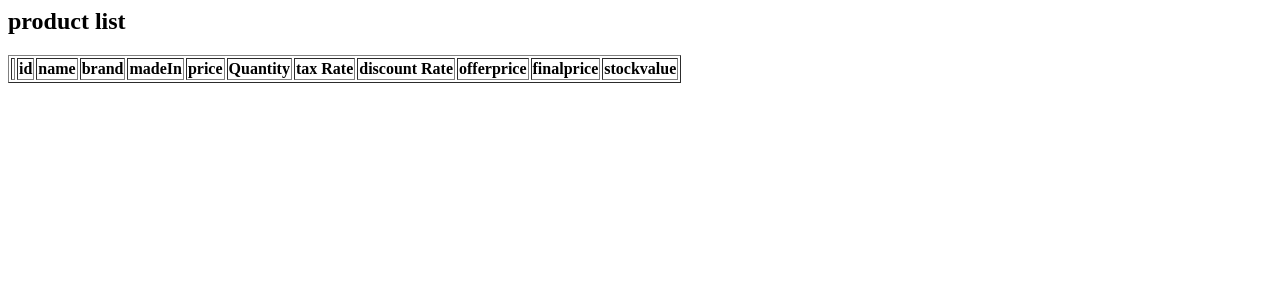
Repository: akhi630/SpringBoot-MVC
Page: http://localhost/productlist
The author's editor kept a copy of each file at every save. The page is drawn from the files as they stood at one save, then again after the next save.
The browser window is 1280 px wide. The pictures show the whole page.
The page is this project's Thymeleaf template; nobody is signed in. The template is opened directly, without the code that normally fills it, so the values that code supplies are empty.

Above is the page before, as saved 2024-12-21 09:04:20.

### Example.springboot/src/main/resources/templates/productlist.html
<html>
	<head>
		<title>product list</title>
	</head>
	<body>
		<div>
			<h2>product list</h2>
			<table border="1">
				<thead>
					<th>
						<th>id</th>
						<th>name</th>
						<th>brand</th>
						<th>madeIn</th>
						<th>price</th>
						<th>Quantity</th>
						<th>tax Rate</th>
						<th>discount Rate</th>
					     <th>offerprice</th>
						 <th>finalprice</th>
						 <th>stockvalue</th>
					</tr>
					</thead>
					<tbody>
						<tr th:each="product:${Products}">
							<td th:text="${product.id}"></td>
							<td th:text="${product.name}"></td>
							<td th:text="${product.brand}"></td>
							<td th:text="${product.madeIn}"></td>
							<td th:text="${product.price}"></td>
							<td th:text="${product.Quantity}"></td>
							<td th:text="${product.taxrate}"></td>
							<td th:text="${product.discountrate}"></td>
							<td th:text="${product.discountprice}"></td>
							<td th:text="${product.offerprice}"></td>
							<td th:text="${product.finalprice}"></td>
							<td th:text="${product.stockvalue}"></td>
							<td><a th:href="@{'/delete/+${product.id}}">delete</a></td>
							<td><a th:href="@{'/delete?id='+${product.id}}">delete</a></td>

						</tr>
					</tbody>
			</table>
		</div>
	</body>
</html>

After the next save:
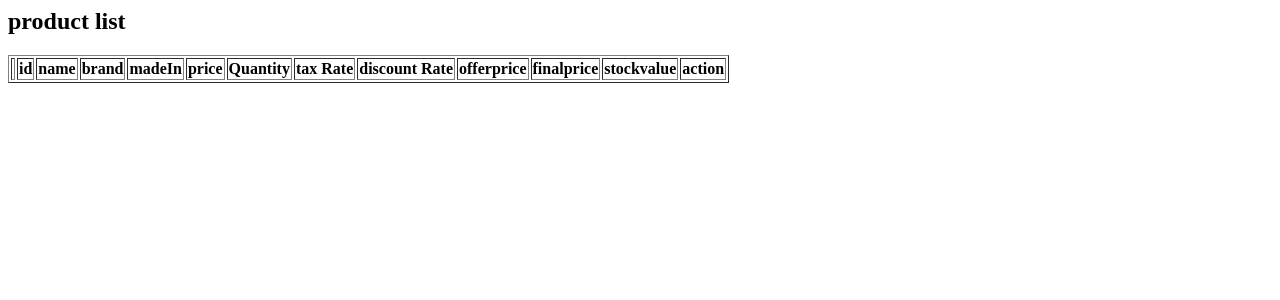
Saved 3 min 44 s later.
--- a/Example.springboot/src/main/resources/templates/productlist.html
+++ b/Example.springboot/src/main/resources/templates/productlist.html
@@ -19,6 +19,7 @@
 					     <th>offerprice</th>
 						 <th>finalprice</th>
 						 <th>stockvalue</th>
+						 <th>action</th>
 					</tr>
 					</thead>
 					<tbody>
